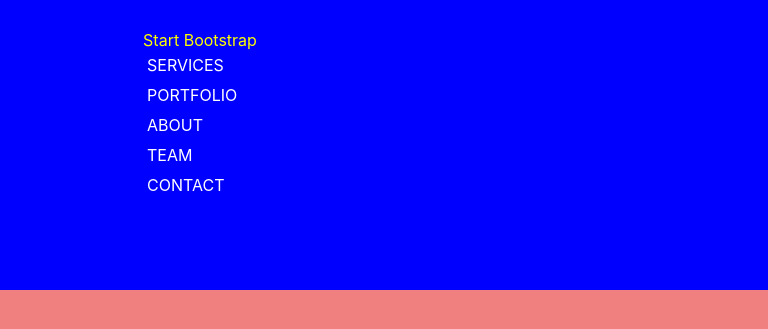
Repository: ooter37/media-queries-afternoon
Page: / (app in portfolio-clone/)
These files come from the project's save history. The page is drawn as it stood at one moment and after the next save; the edit follows.
The browser window is 768 px wide. The pictures show the whole page.
The project was rebuilt for these pictures with package versions that can differ from the ones it lists, and the page was loaded fresh each time.

Above is the page before, as saved 2020-04-13 14:08:29.

After the next save:
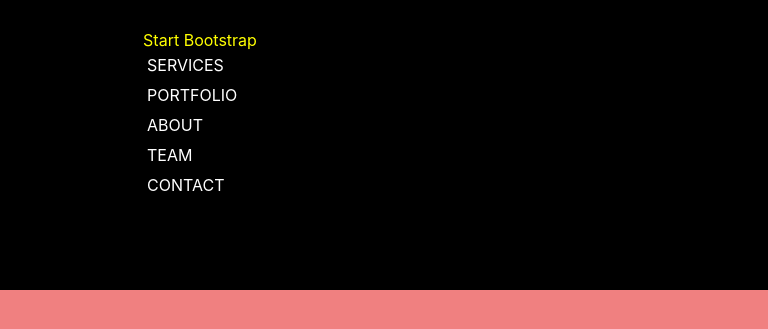
Saved 11 s later.
--- a/portfolio-clone/src/App.css
+++ b/portfolio-clone/src/App.css
@@ -46,7 +46,7 @@ body {
 
 @media screen and (max-width: 991px) {
   .buttons-background {
-    background-color: blue;
+    background-color: black;
   }
   .buttons {
     flex-direction: column;
